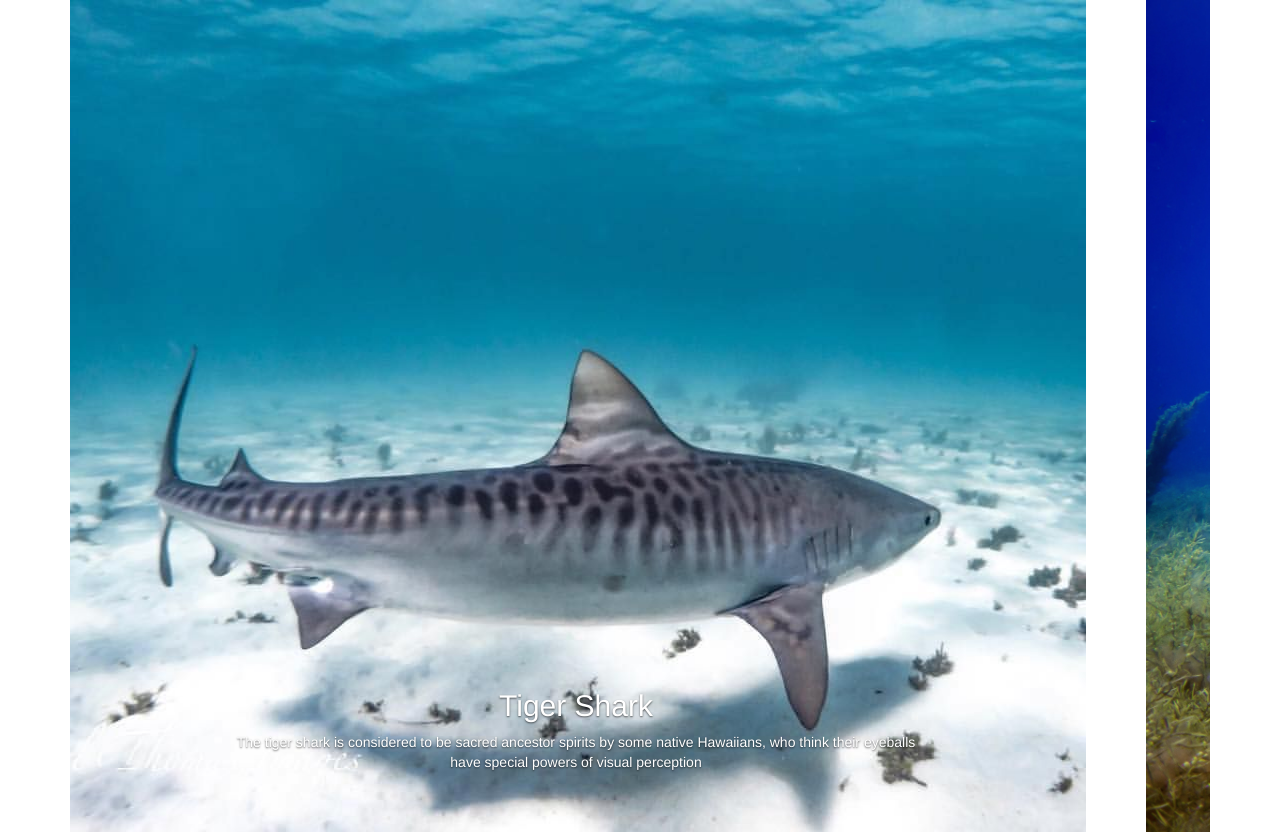
Repository: lacey-crenshaw/carousel
Page: index.html
The author's editor kept a copy of each file at every save. The page is drawn from the files as they stood at one save, then again after the next save.
The browser window is 1280 px wide. The pictures show the whole page.

Above is the page before, as saved 2020-02-16 17:30:53.

After the next save:
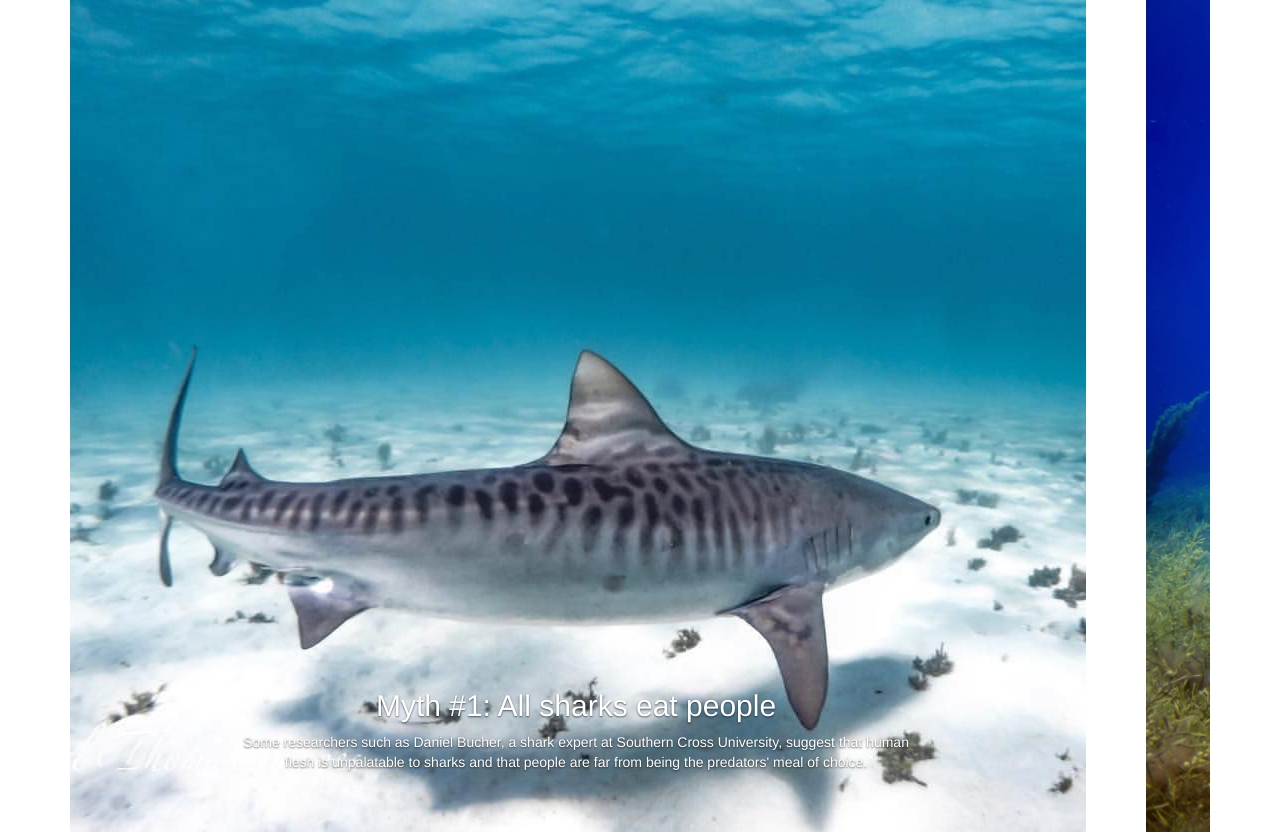
Saved 3 min 14 s later.
--- a/index.html
+++ b/index.html
@@ -25,8 +25,8 @@
                         <div class="item active">
                             <img src="images/tigerShark.jpg" alt="Black Shark">
                             <div class="carousel-caption">
-                                <h2>Tiger Shark</h2>
-                                <p>The tiger shark is considered to be sacred ancestor spirits by some native Hawaiians, who think their eyeballs have special powers of visual perception</p>
+                                <h2>Myth #1: All sharks eat people</h2>
+                                <p>Some researchers such as Daniel Bucher, a shark expert at Southern Cross University, suggest that human flesh is unpalatable to sharks and that people are far from being the predators' meal of choice.</p>
                             </div>
                         </div>
 
